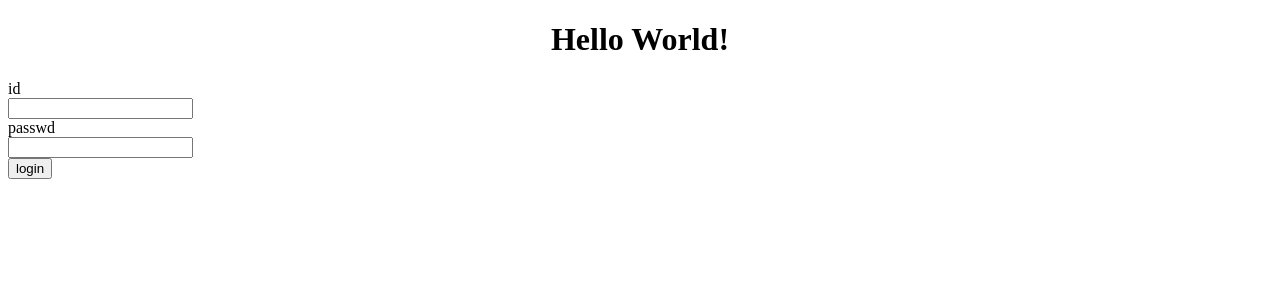
Repository: CISXO/JSP
Page: http://localhost/DB_Project/Login.jsp
These files come from the project's save history. The page is drawn as it stood at one moment and after the next save; the edit follows.
The browser window is 1280 px wide. The pictures show the whole page.
The page is served by Tomcat 9.

Above is the page before, as saved 2022-12-18 00:51:16.

### DbProject/DB_Project/src/main/webapp/Login.jsp
<%@ page language="java" contentType="text/html; charset=EUC-KR"
    pageEncoding="EUC-KR" %>
<!DOCTYPE html>
<html>
<head>
<meta charset="EUC-KR">
<title>Insert title here</title>
</head>
<body>
<div><center>
	<h1>Hello World!</h1>
</div>
	<form action="login_result.jsp"method = "get">
	<div>
		<label>id</label><br><input name="id" type="text"/>
	</div>
	<div>
		<label>passwd</label><br><input name="passwd" type="password"/>
		</div>
	<button type="submit">login</button>
	</form>
	</center>
</body>
</html>

After the next save:
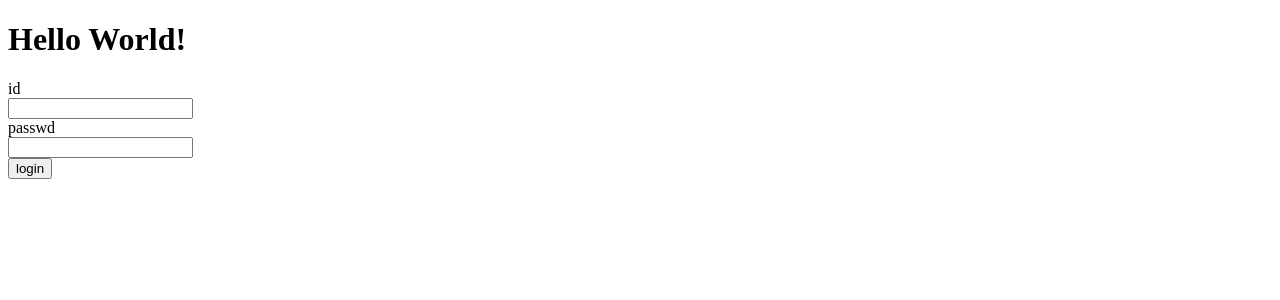
Saved 4 min 20 s later.
--- a/DbProject/DB_Project/src/main/webapp/Login.jsp
+++ b/DbProject/DB_Project/src/main/webapp/Login.jsp
@@ -7,7 +7,7 @@
 <title>Insert title here</title>
 </head>
 <body>
-<div><center>
+<div>
 	<h1>Hello World!</h1>
 </div>
 	<form action="login_result.jsp"method = "get">
@@ -19,6 +19,6 @@
 		</div>
 	<button type="submit">login</button>
 	</form>
-	</center>
+
 </body>
 </html>
